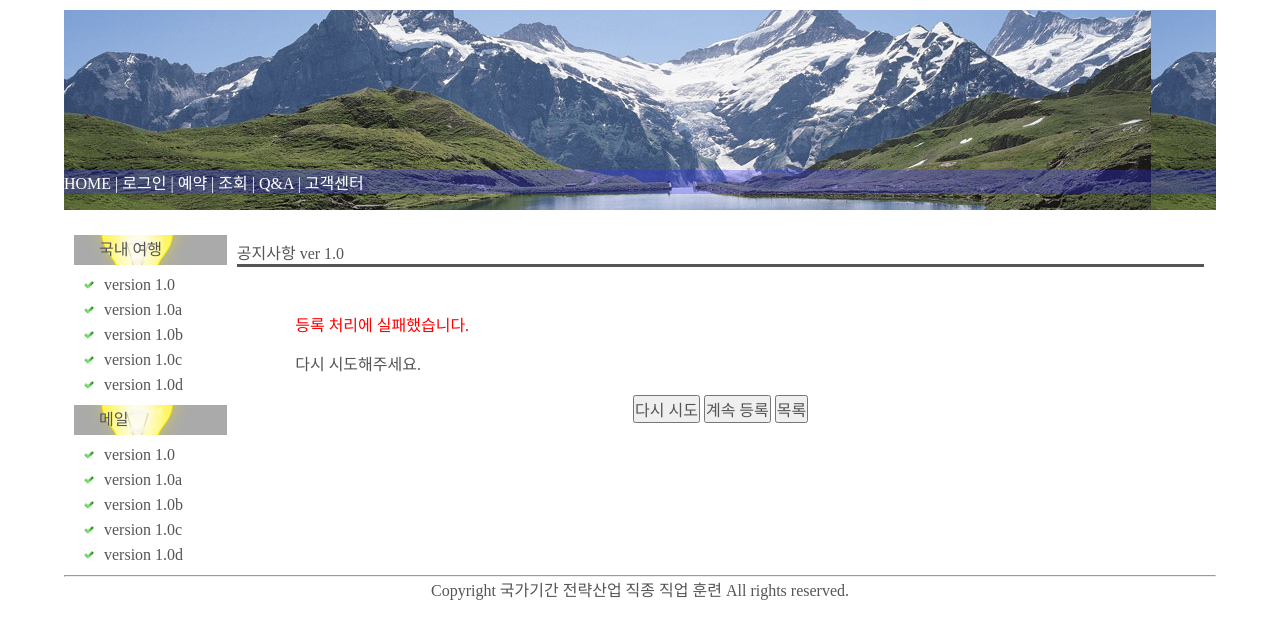
Repository: jangky000/ai_web
Page: http://localhost/blog_v2jc/mail_app/create_proc.jsp
An editor plug-in stored every save of this project. The page is shown before and after the next save, followed by the edit.
The browser window is 1280 px wide. The pictures show the whole page.
The page is served by Tomcat 9. Queries for data that is not in the repository find no rows.

Above is the page before, as saved 2020-03-27 05:48:29.

After the next save:
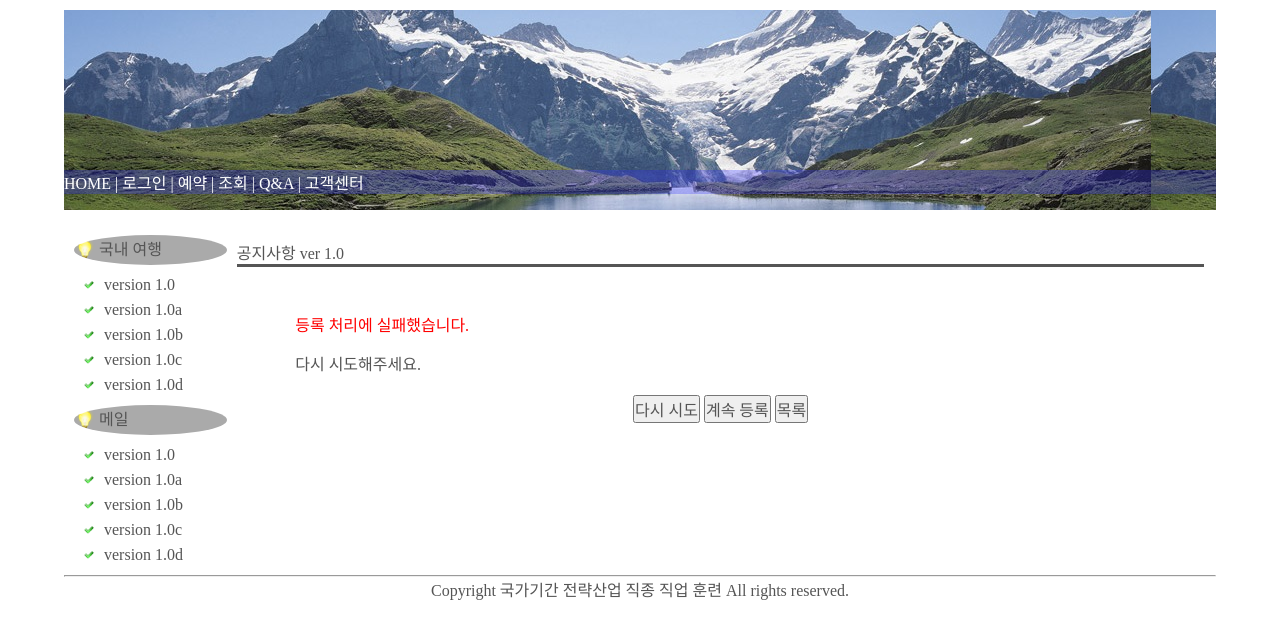
Saved 2 s later.
--- a/ws__frame/blog_v2jc/WebContent/css/style.css
+++ b/ws__frame/blog_v2jc/WebContent/css/style.css
@@ -221,7 +221,7 @@
     margin: 15px 10px;
     background: url(./images/li_left_menu_1.png) left center no-repeat; /* url 왼쪽 중간 반복x */
     background-color:#aaaaaa;
-    border-radius
+    border-radius: 50%;
     background-size: 22px;
     padding-left: 25px;
     line-height: 30px;
